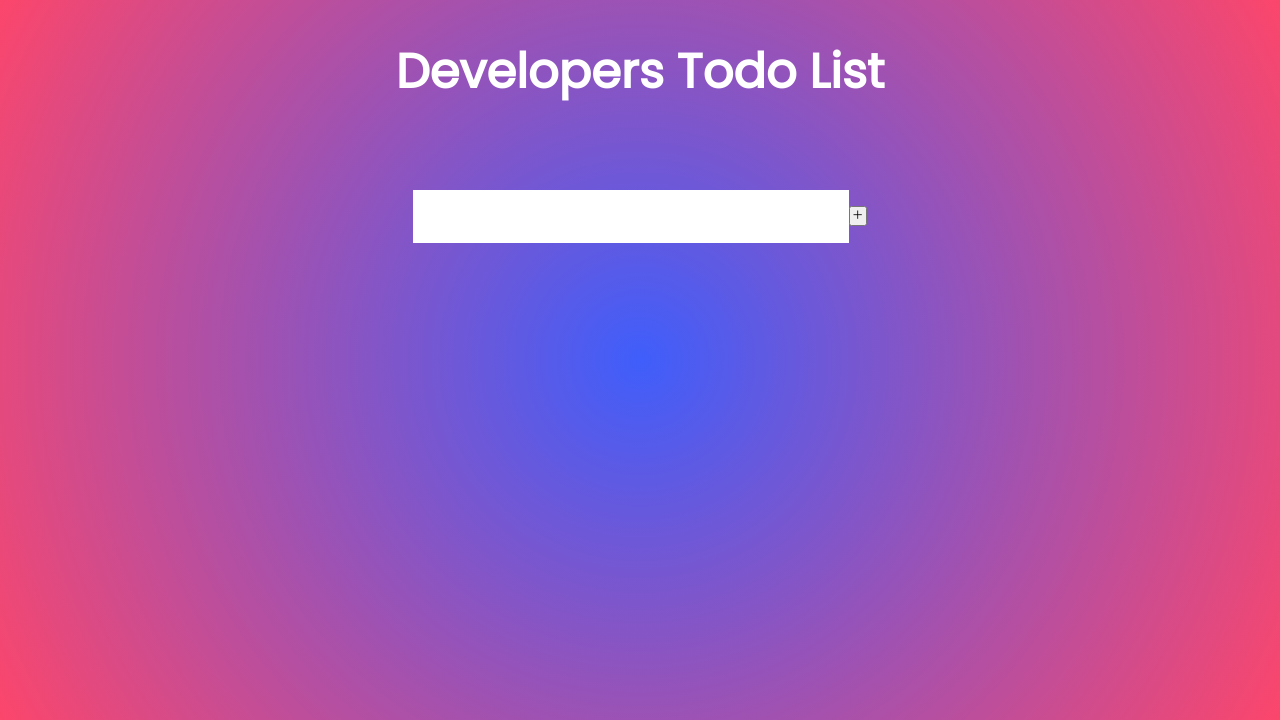
Repository: DevAntonioRogers/Vanilla-TodoList
Page: index.html
The author's editor kept a copy of each file at every save. The page is drawn from the files as they stood at one save, then again after the next save.
The browser window is 1280 px wide. The pictures show the whole page.

Above is the page before, as saved 2023-05-11 23:58:33.

After the next save:
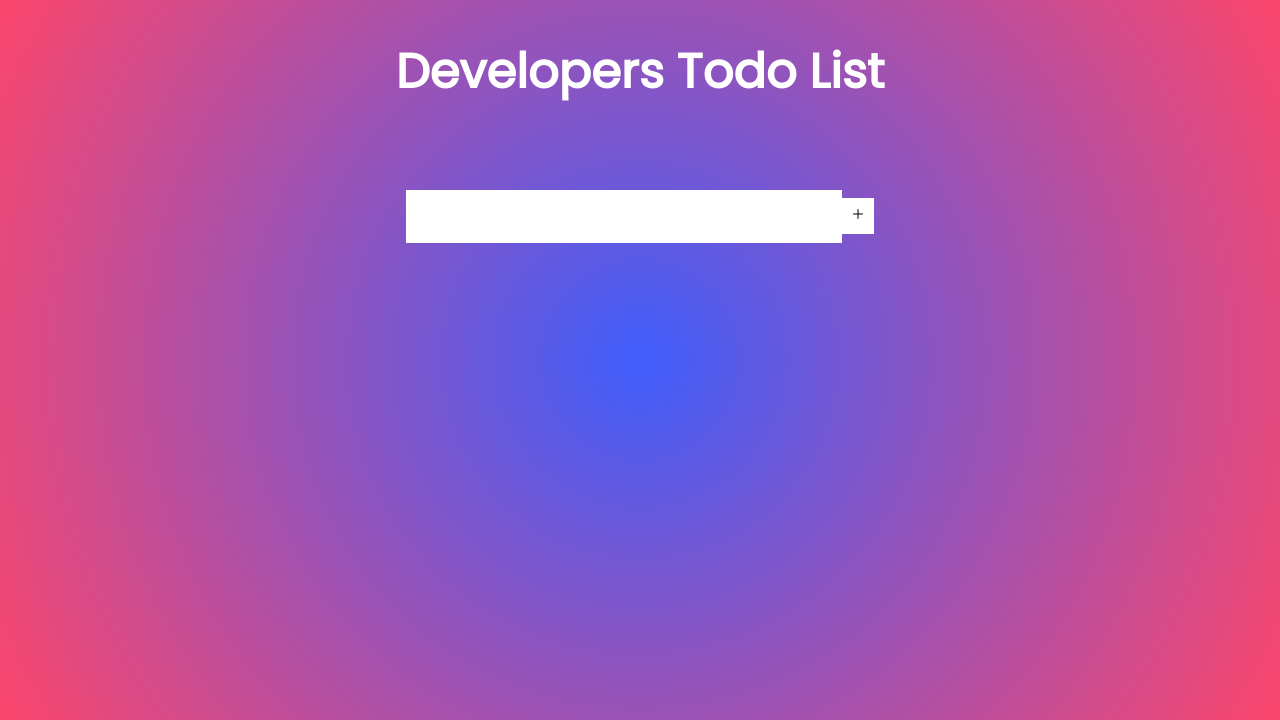
Saved 19 s later.
--- a/style.css
+++ b/style.css
@@ -24,7 +24,8 @@ form {
   justify-content: center;
 }
 
-form input {
+form input,
+form button {
   padding: 0.5rem;
   font-size: 2rem;
   background-color: white;
@@ -34,4 +35,5 @@ form input {
 form button {
   color: black;
   cursor: pointer;
+  font-size: 1rem !important;
 }
